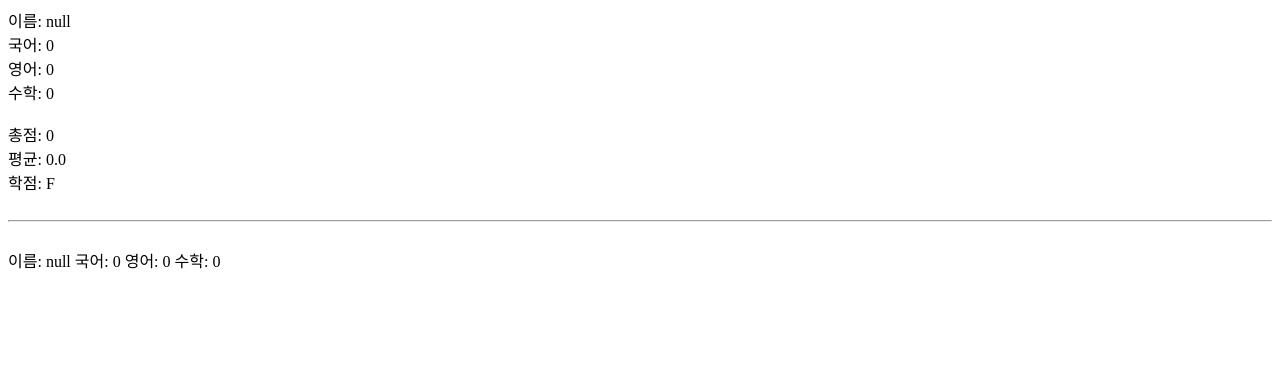
Repository: BosuMamemon/JSP_work
Page: http://localhost/JSP_Project/exam/02-28 scoreResult3.jsp
An editor plug-in stored every save of this project. The page is shown before and after a run of saves, followed by the edit.
The browser window is 1280 px wide. The pictures show the whole page.
The page is served by Tomcat 9. Other server files are loaded and not shown.

Above is the page before, as saved 2025-02-28 00:48:45.

### workspace/JSP_Project/src/main/webapp/exam/02-28 scoreResult3.jsp
<%@page import="com.exam.ScoreBean"%>
<%@ page language="java" contentType="text/html; charset=UTF-8"
    pageEncoding="UTF-8"%>
<!DOCTYPE html>
<html>
	<head>
	<meta charset="UTF-8">
	<title>scoreResult3</title>
	</head>

	<%
	request.setCharacterEncoding("utf-8");
	%>

	<jsp:useBean id="sb" class="com.exam.ScoreBean"></jsp:useBean>
	<!-- sb라는 이름의 ScoreBean 객체를 태그로 생성한 것임 -->
	<jsp:setProperty property="*" name="sb"/>
	<!-- 사용하려면 클래스의 필드명과 html의 name이 같아야함 -->

	<body>
		이름: <%= sb.getName()%><br>
		국어: <%= sb.getKor() %><br>
		영어: <%= sb.getEng() %><br>
		수학: <%= sb.getMath() %><br>
		<br>
		총점: <%= sb.getTotal() %><br>
		평균: <%= sb.getAvg() %><br>
		학점: <%= sb.getGrade() %><br>
		<br><hr><br>
		이름: <jsp:getProperty property="name" name="sb"/>
		국어: <jsp:getProperty property="kor" name="sb"/>
		영어: <jsp:getProperty property="eng" name="sb"/>
		수학: <%= sb.getMath() %><br>
	</body>
</html>

### workspace/JSP_Project/src/main/java/com/exam/ScoreBean.java
package com.exam;

public class ScoreBean {

//	필드
	private String name;
	private int kor;
	private int eng;
	private int math;

//	getters, setters
	public String getName() {
		return name;
	}
	public int getKor() {
		return kor;
	}
	public int getEng() {
		return eng;
	}
	public int getMath() {
		return math;
	}
	public void setName(String name) {
		this.name = name;
	}
	public void setKor(int kor) {
		this.kor = kor;
	}
	public void setEng(int eng) {
		this.eng = eng;
	}
	public void setMath(int math) {
		this.math = math;
	}

	//	메소드
	public int getTotal() {
		return this.kor + this.eng + this.math;
	}
	public double getAvg() {
		return (this.kor + this.eng + this.math) / 3.0;
	}
	public String getGrade() {
		String grade = "";

		switch((int)this.getAvg() / 10) {
			case 10:
			case 9: grade = "A"; break;
			case 8: grade = "B"; break;
			case 7: grade = "C"; break;
			default: grade = "F";
		}

		return grade;
	}
}

After the next 2 saves:
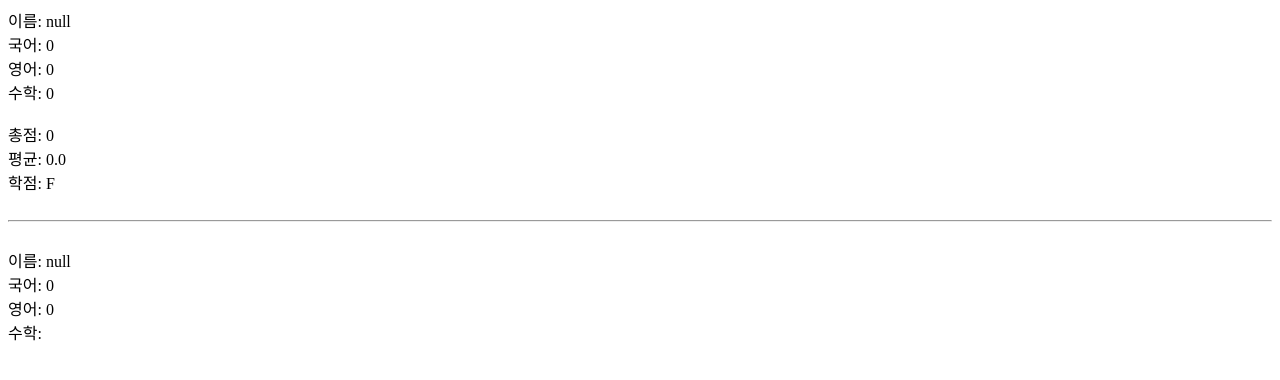
The 2 saves are shown as one change because they came seconds apart.
The last was saved 116 s later.
--- a/workspace/JSP_Project/src/main/webapp/exam/02-28 scoreResult3.jsp
+++ b/workspace/JSP_Project/src/main/webapp/exam/02-28 scoreResult3.jsp
@@ -27,9 +27,9 @@
 		평균: <%= sb.getAvg() %><br>
 		학점: <%= sb.getGrade() %><br>
 		<br><hr><br>
-		이름: <jsp:getProperty property="name" name="sb"/>
-		국어: <jsp:getProperty property="kor" name="sb"/>
-		영어: <jsp:getProperty property="eng" name="sb"/>
-		수학: <%= sb.getMath() %><br>
+		이름: <jsp:getProperty property="name" name="sb"/><br>
+		국어: <jsp:getProperty property="kor" name="sb"/><br>
+		영어: <jsp:getProperty property="eng" name="sb"/><br>
+		수학: <jsb:getProperty property="math" name="sb"/><br>
 	</body>
 </html>
